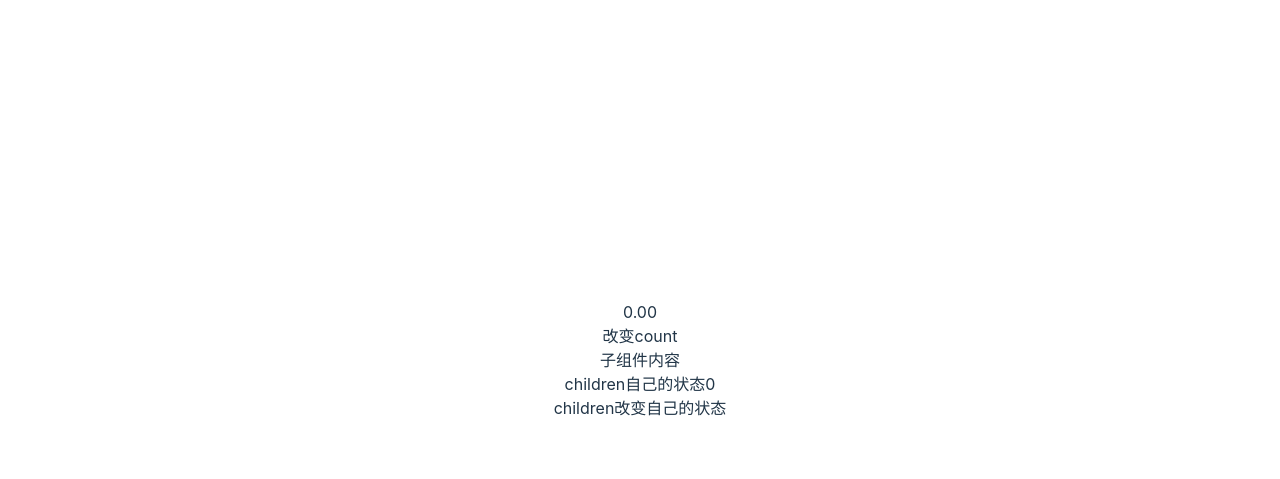
Repository: ruyanwangshi/lernReact
Page: /#/ (app in vite-project/)
An editor plug-in stored every save of this project. The page is shown before and after the next save, followed by the edit.
The browser window is 1280 px wide. The pictures show the whole page.
The project was rebuilt for these pictures with package versions that can differ from the ones it lists, and the page was loaded fresh each time. Also part of the build but not shown: vite-project/vite.config.js, vite-project/src/1.前端框架概览/other.jsx.

Above is the page before, as saved 2023-02-19 17:46:02.

After the next save:
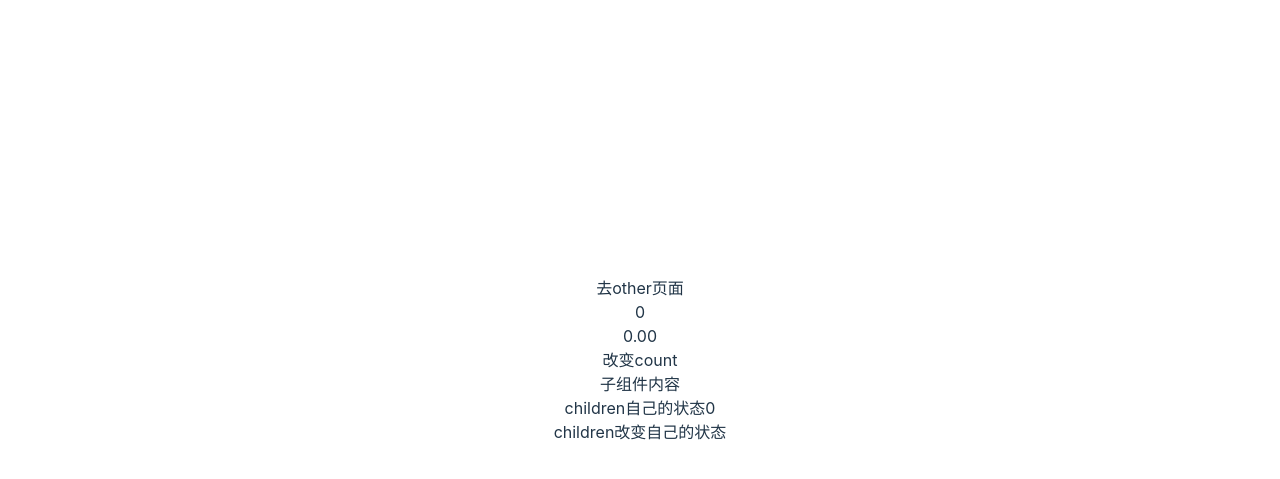
Saved 25 s later.
--- a/vite-project/src/1.前端框架概览/home.jsx
+++ b/vite-project/src/1.前端框架概览/home.jsx
@@ -26,17 +26,17 @@ function TestMemo() {
   }
 
   useEffect(() => {
-    initState('home页面数据', router.pathname).then((res) => {
-        setState(res)
-      })
+
   }, [state])
 
-//   const initState = React.useCallback(() => {
-//     return function () {
-//         console.log('执行了');
-
-//     }
-//   }, [])
+  const initState = React.useCallback(() => {
+    return function () {
+        console.log('执行了');
+        initState('home页面数据', router.pathname).then((res) => {
+            setState(res)
+          })
+    }
+  }, [])
 
   function change() {
     setCount(count + 1)
@@ -64,8 +64,8 @@ function TestMemo() {
 
   return (
     <div>
-      {/* <div onClick={click}>去other页面</div>
-      <div>{state}</div> */}
+      <div onClick={click}>去other页面</div>
+      <div>{state}</div>
 
       <div>{res_count}</div>
       <div onClick={change}>改变count</div>
